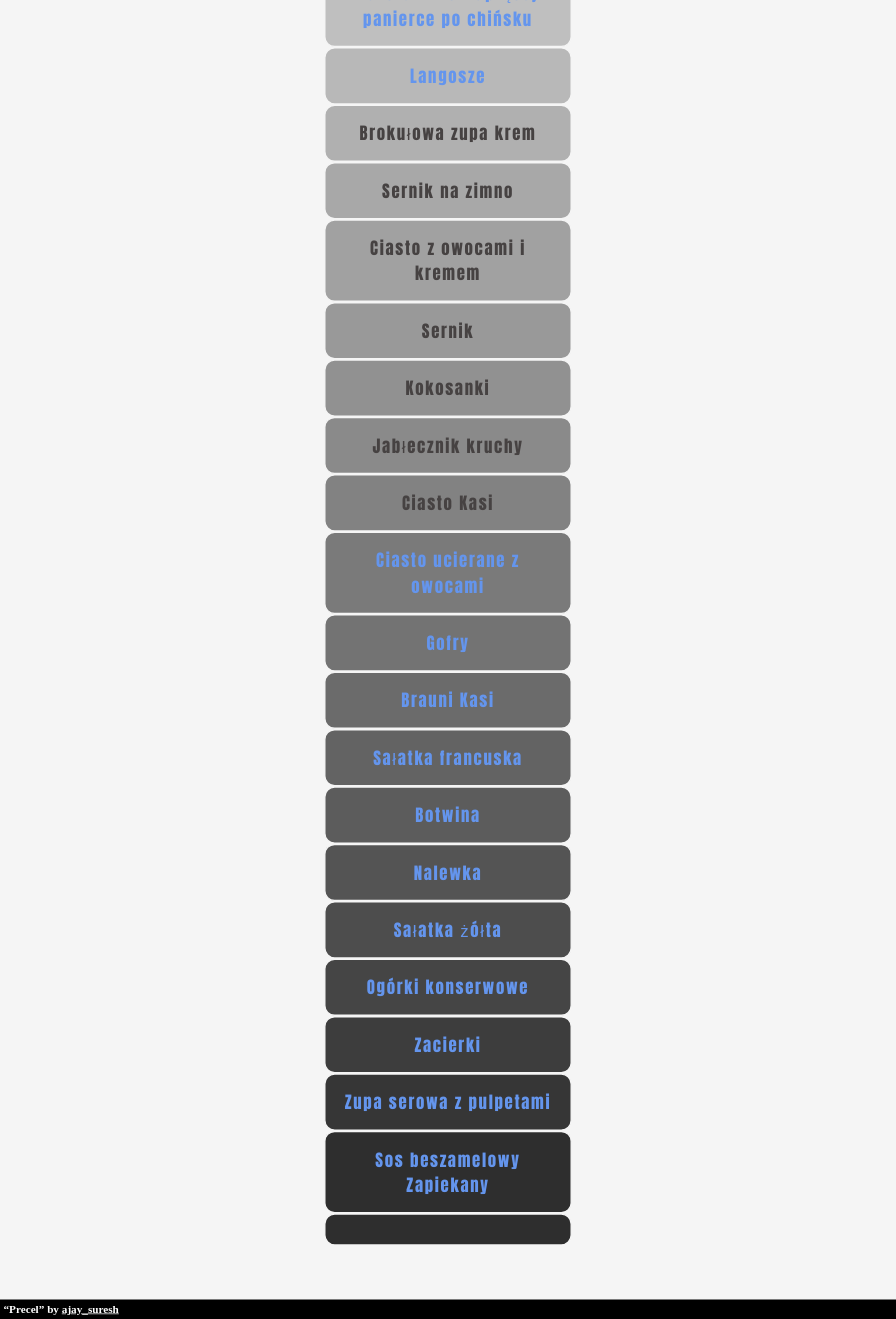
Repository: yaoayh/przepisy
Page: index.html
The author's editor kept a copy of each file at every save. The page is drawn from the files as they stood at one save, then again after the next save.
The browser window is 1280 px wide. The pictures show the part of the page from y = 1239 to 3159 px (the page is 3123 px tall before and 3159 px after), at 70% of full size.

Above is the page before, as saved 2020-08-13 02:38:25.

After the next save:
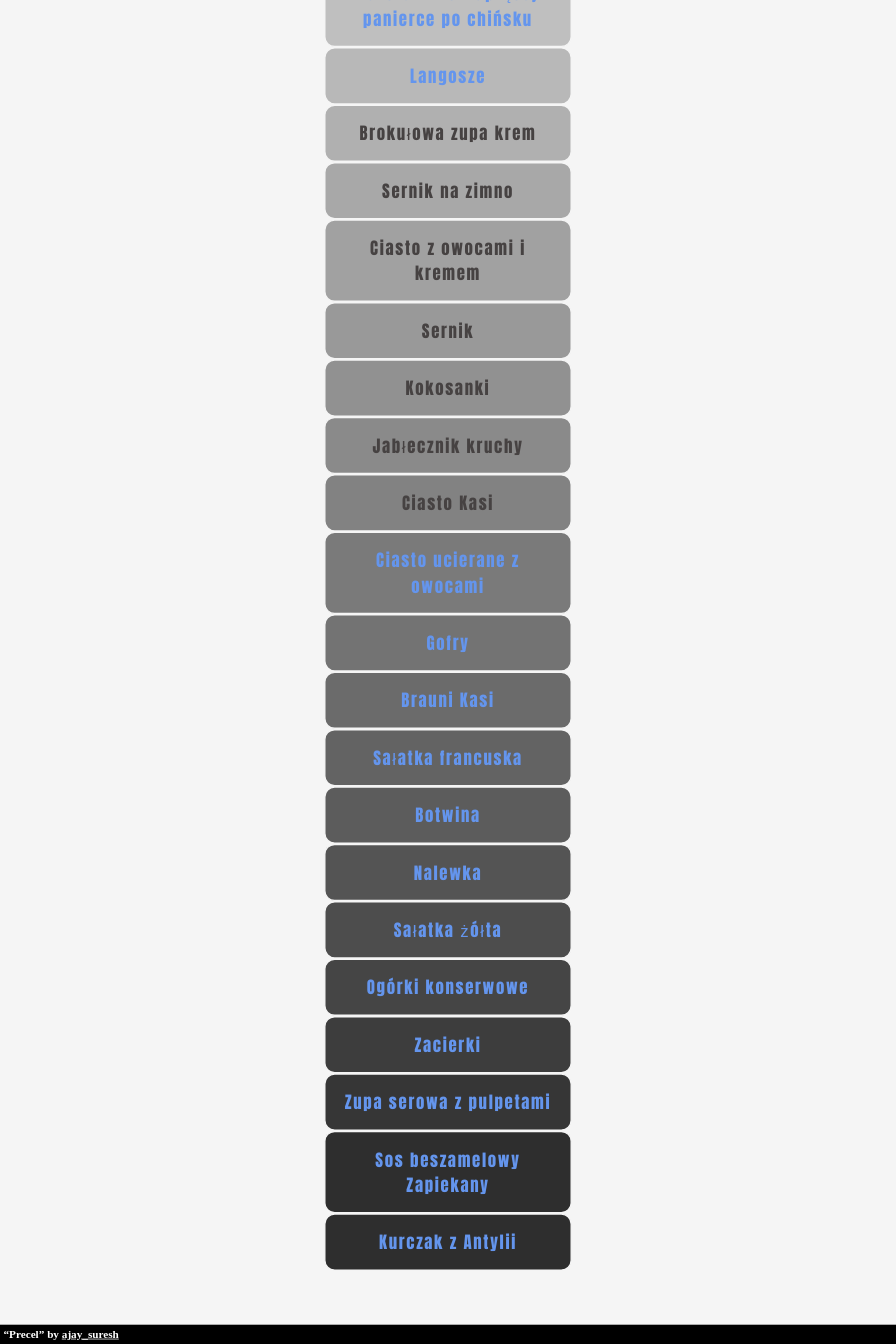
Saved 21 s later.
--- a/index.html
+++ b/index.html
@@ -93,7 +93,7 @@
             <a href="podstrony/sos_beszamelowy_zapiekany.html"><div class="n25"><p class="p1">Sos beszamelowy Zapiekany</p></div></a>
             <a href="podstrony/kurczak_z_antylii.html">
                 <div class="n25">
-                    <p class="p1"></p>
+                    <p class="p1">Kurczak z Antylii</p>
                 </div>
             </a>
             <br>
